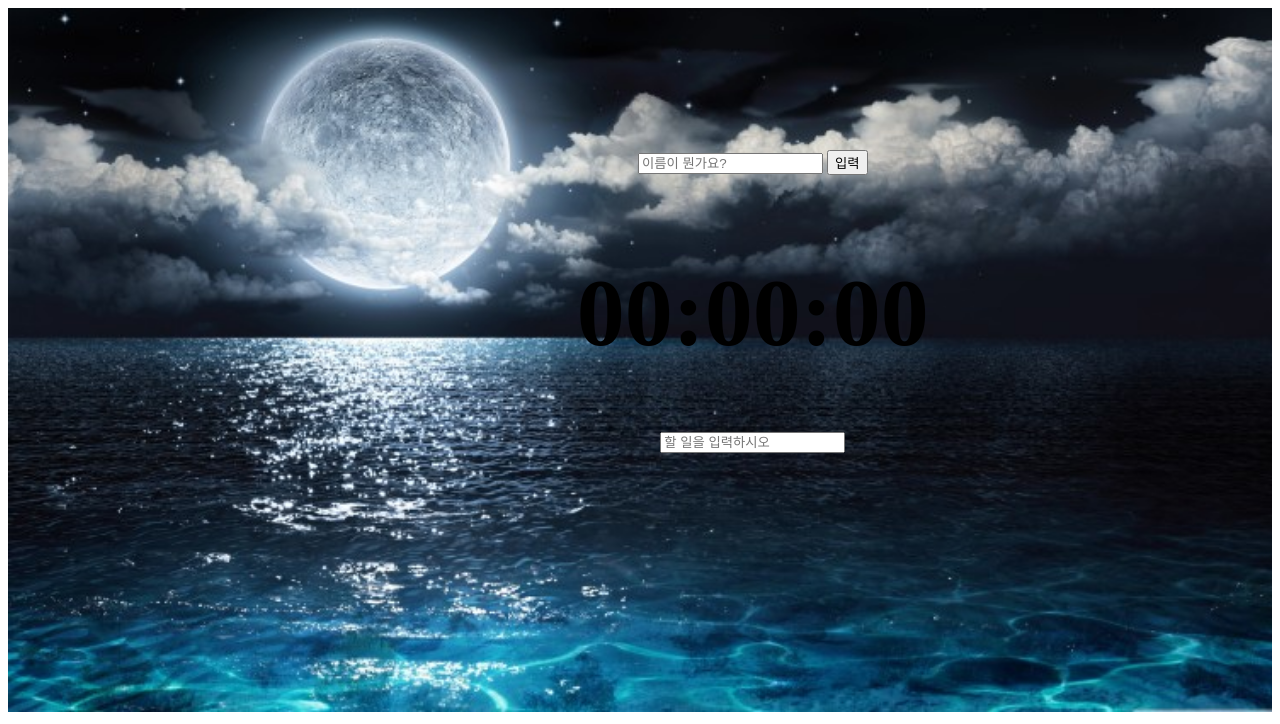
Repository: jun01270/F-E-practice
Page: index.html
An editor plug-in stored every save of this project. The page is shown before and after the next save, followed by the edit.
The browser window is 1280 px wide. The pictures show the whole page.

Above is the page before, as saved 2023-01-09 19:11:51.
Console error: TypeError: Cannot read properties of null (reading 'addEventListener')

After the next save:
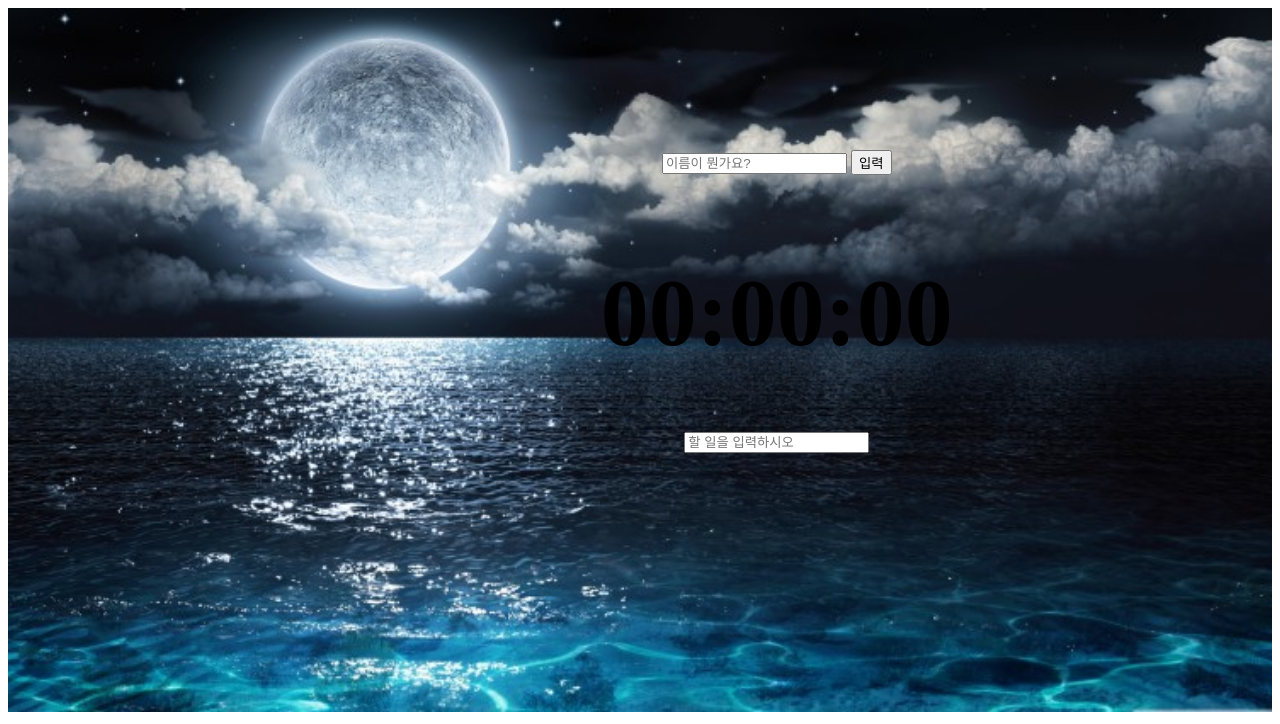
Saved 44 s later.
--- a/css/style.css
+++ b/css/style.css
@@ -24,7 +24,7 @@ body {
 }
 
 #todo-form {
-  size: 500%;
+  width: 400px;
 }
 
 #todo-list {
